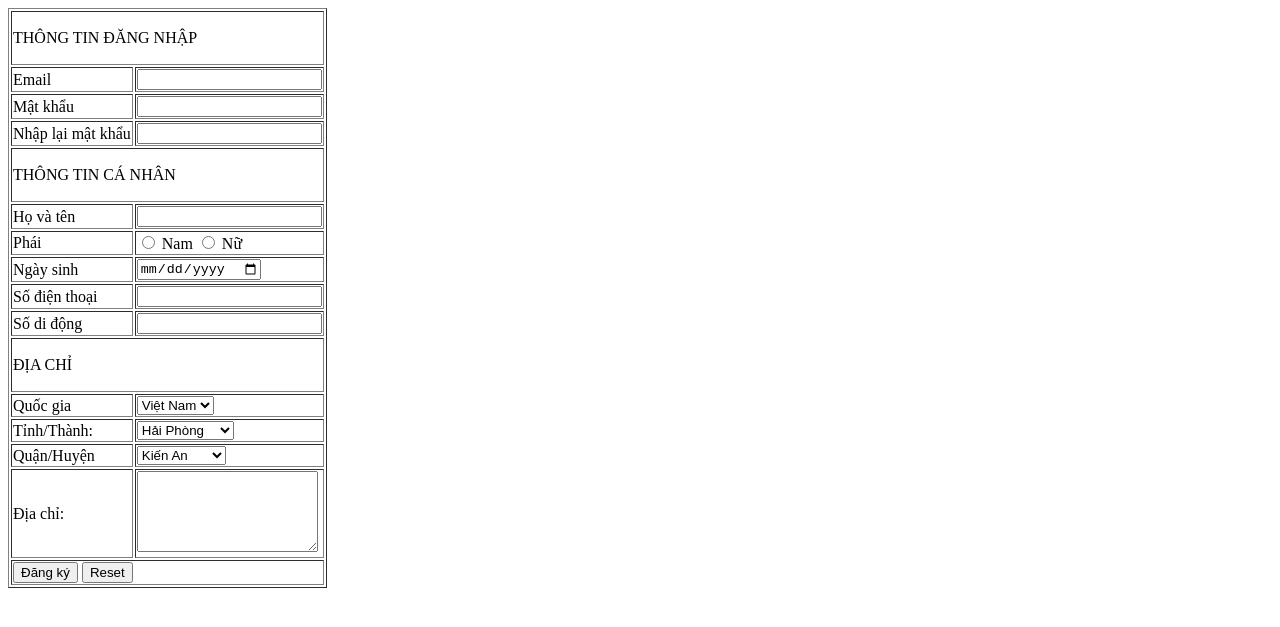
Repository: Vanh260703/Java-Servlet
Page: Bai1_HelloWorld/src/main/webapp/vidu.html
The author's editor kept a copy of each file at every save. The page is drawn from the files as they stood at one save, then again after the next save.
The browser window is 1280 px wide. The pictures show the whole page.

Above is the page before, as saved 2025-02-28 16:26:59.

### Bai1_HelloWorld/src/main/webapp/vidu.html
<!DOCTYPE html>
<html>
<head>
<meta charset="UTF-8">
<title>Insert title here</title>
</head>
<body>
	<form action="post">
		<table border = "1">
		<tbody>
			<tr>
				<td colspan = "2"><p>THÔNG TIN ĐĂNG NHẬP</p></td>
			</tr>
			<tr>
				<td>
					<label>Email</label>
				</td>
				<td>
					<input type = "email">
				</td>
			</tr>
			<tr>
				<td>
					<label>Mật khẩu</label>
				</td>
				<td>
					<input type = "password">
				</td>
			</tr>
			<tr>
				<td>
					<label>Nhập lại mật khẩu</label>
				</td>
				<td>
					<input type = "password">
				</td>
			</tr>
			<tr>
				<td colspan = "2"><p>THÔNG TIN CÁ NHÂN</p></td>
			</tr>
			<tr>
				<td>
					<label>Họ và tên</label>
				</td>
				<td>
					<input type = "text"/>
				</td>
			</tr>
			<tr>
				<td>
					<label>Phái</label>
				</td>
				<td>
					<input type = "radio" id = "male" name = "male" value = "male"/>
					<label for = "male">Nam</label>
					<input type = "radio" id = "female" name = "female" value = "female"/>
					<label for = "male">Nữ</label>
				</td>
			</tr>
			<tr>
				<td>
					<label>Ngày sinh</label>
				</td>
				<td>
					<input type = "date"/>
				</td>
			</tr>
			<tr>
				<td>
					<label>Số điện thoại</label>
				</td>
				<td>
					<input type = "number"/>
				</td>
			</tr>
			<tr>
				<td>
					<label>Số di động</label>
				</td>
				<td>
					<input type = "tel"/>
				</td>
			</tr>
			<tr>
				<td colspan = "2"><p>ĐỊA CHỈ</p></td>
			</tr>
			<tr>
				<td>
					<label>Quốc gia</label>
				</td>
				<td>
					<select name = "region" id = "region">
						<option value = "VietNam">Việt Nam</option>
						<option value = "English">Anh</option>
						<option value = "American">Mỹ</option>
					</select>
				</td>
			</tr>
			<tr>
				<td>
					<label>Tỉnh/Thành:</label>
				</td>
				<td>
					<select name = "city" id = "city">
						<option value = "HaiPhong">Hải Phòng</option>
						<option value = "HN">Hà Nội</option>
						<option value = "HCM">Hồ Chí Minh</option>
					</select>
				</td>
			</tr>
			<tr>
				<td>
					<label>Quận/Huyện</label>
				</td>
				<td>
					<select name = "district" id = "city">
						<option value = "KienAn">Kiến An</option>
						<option value = "LeChan">Lê Chân</option>
						<option value = "HongBang">Hồng Bàng</option>
					</select>
				</td>
			</tr>
			<tr>
				<td>
					<label>Địa chỉ:</label>
				</td>
				<td>
					<textarea rows="5" cols="" name = "location" id = "location"></textarea>
				</td>
			</tr>
			<tr>
				<td colspan = "2">
					<input type = "submit" id = "submit" value = "Đăng ký"/>
					<input type = "reset" id = "reset" value = "Reset"/>
				</td>
			</tr>
		</tbody>
	</table>
	</form>

</body>
</html>

After the next save:
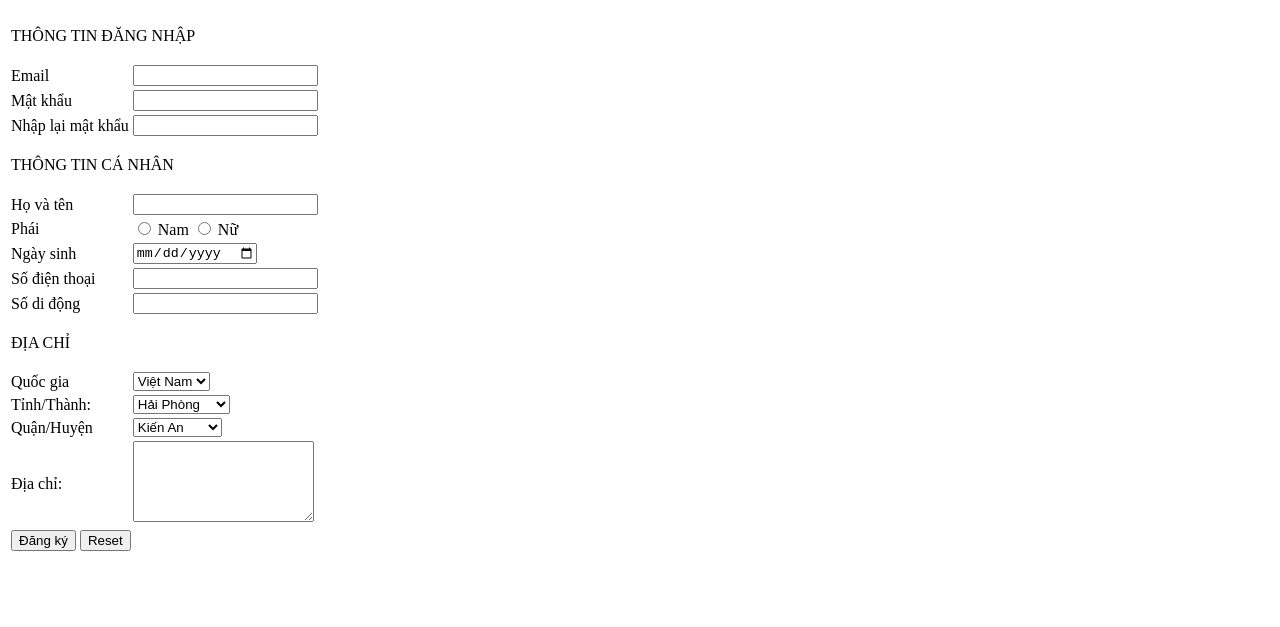
Saved 33 s later.
--- a/Bai1_HelloWorld/src/main/webapp/vidu.html
+++ b/Bai1_HelloWorld/src/main/webapp/vidu.html
@@ -6,7 +6,7 @@
 </head>
 <body>
 	<form action="post">
-		<table border = "1">
+		<table border = "0">
 		<tbody>
 			<tr>
 				<td colspan = "2"><p>THÔNG TIN ĐĂNG NHẬP</p></td>

After the 2 saves that followed:
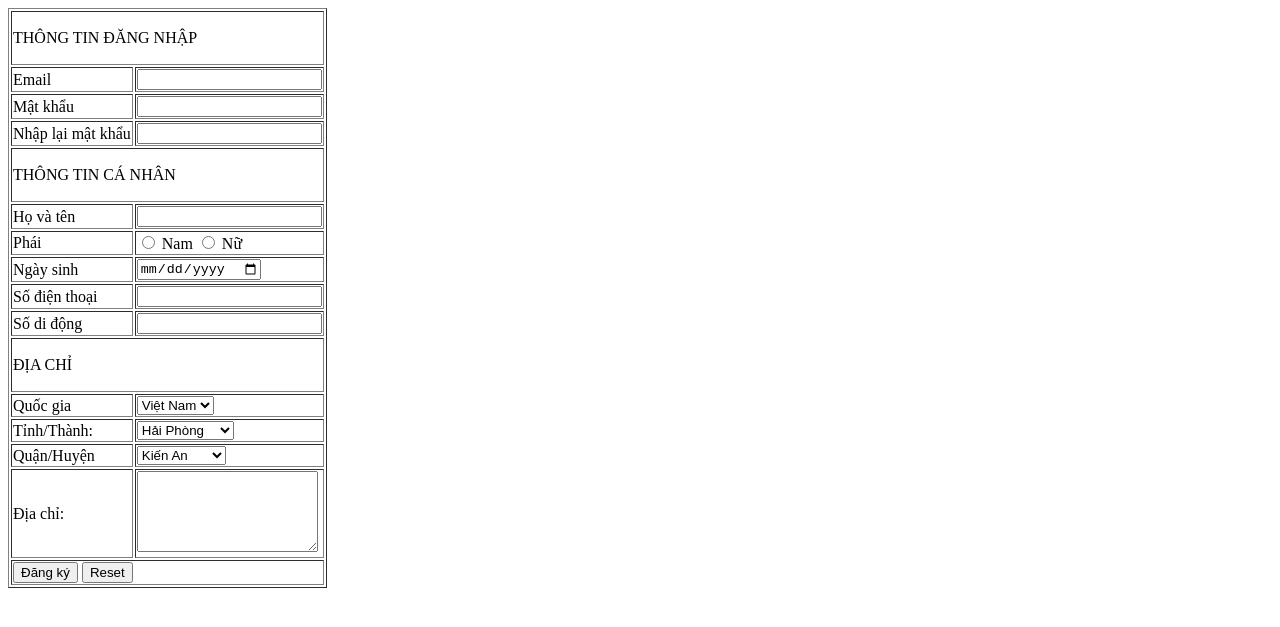
The 2 saves are shown as one change because 1 left the picture as it was.
The last was saved 17 s later.
--- a/Bai1_HelloWorld/src/main/webapp/vidu.html
+++ b/Bai1_HelloWorld/src/main/webapp/vidu.html
@@ -6,7 +6,7 @@
 </head>
 <body>
 	<form action="post">
-		<table border = "0">
+		<table border = "1">
 		<tbody>
 			<tr>
 				<td colspan = "2"><p>THÔNG TIN ĐĂNG NHẬP</p></td>
